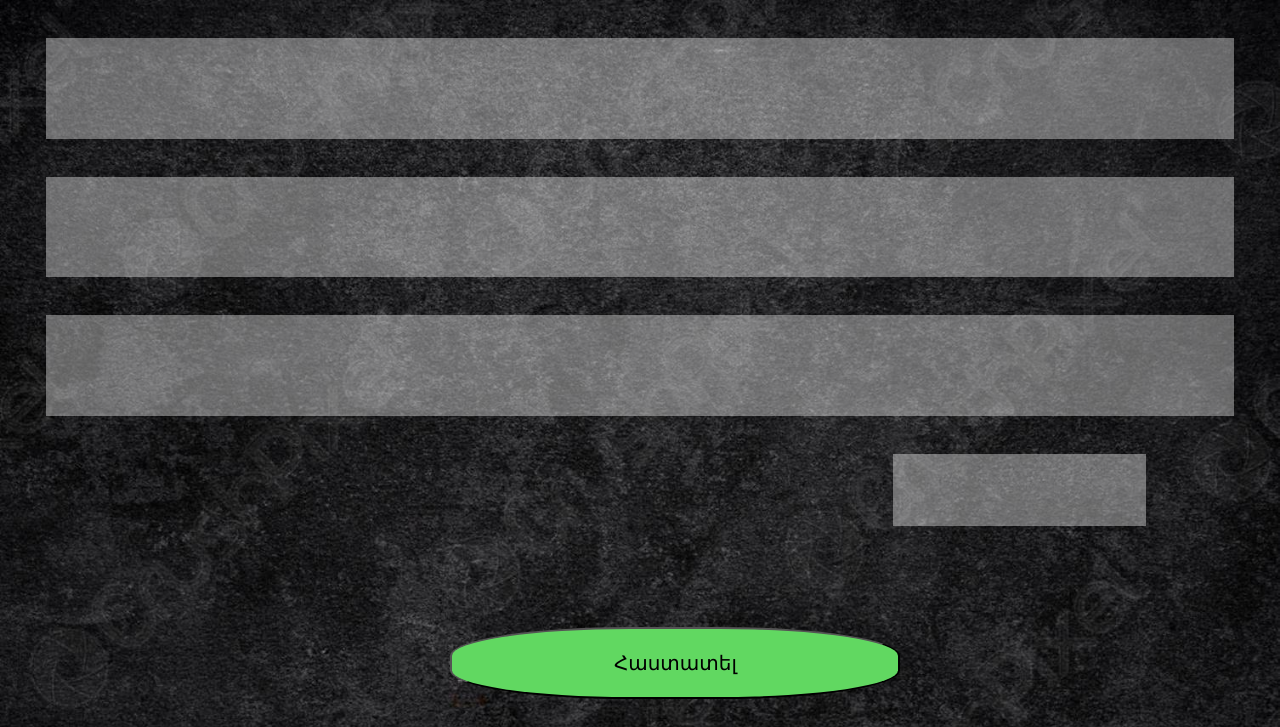
Repository: NarekTovmasyan/PizzaManue
Page: public/basket.html
These files come from the project's save history. The page is drawn as it stood at one moment and after the next save; the edit follows.
The browser window is 1280 px wide. The pictures show the whole page.

Above is the page before, as saved 2022-01-20 13:18:35.

### public/basket.html
<!DOCTYPE html>
<html lang="en">
<head>
    <meta charset="UTF-8">
    <meta http-equiv="X-UA-Compatible" content="IE=edge">
    <meta name="viewport" content="width=device-width, initial-scale=1.0">
    <link rel="stylesheet" href="basket.css">
    <title>BASKET</title>

</head>
<body>
    <div class= "main">
        <div class ="prop">
            <div></div>
            <div></div>
            <div></div>
            <div></div>
            <div></div>
            <div></div>
         </div>
        <div class ="prop">
            <div></div>
            <div></div>
            <div></div>
            <div></div>
            <div></div>
            <div></div>
        </div>
        <div class ="prop">
            <div></div>
            <div></div>
            <div></div>
            <div></div>
            <div></div>
            <div></div>
        </div>
        <div class ="sum"></div>
        <div class = "confirm"><button class = "button">Հաստատել</button></div>
    </div>
</body>
</html>

### public/basket.css
body {
    background-image: url(./images/background.jpg);
    background-repeat: no-repeat;
    background-size: cover;
  }
 .main{
      width: 100%;
      height: 80vh;
}
.prop{
  background-color: rgba(255, 255, 255, 0.377) ;
  color: grey;
  width: 94%;
  height: 14vh;
  margin-top: 3%;
  margin-left: 3%;
}
.sum{
    background-color: rgba(255, 255, 255, 0.377) ;
    width: 20%;
    height: 10vh;
    margin-top: 3%;
    margin-left: 70%;
}
.confirm{
    width: 30%;
    height: 100px;
    margin-top: 8%;
    margin-left:35%;


}
.button{
    padding: 22px 15px;
    background-color:rgb(97, 216, 97);
    border-radius: 40%;
    text-align:center;
    width: 450px;
    font-size: 20px;
}

After the next save:
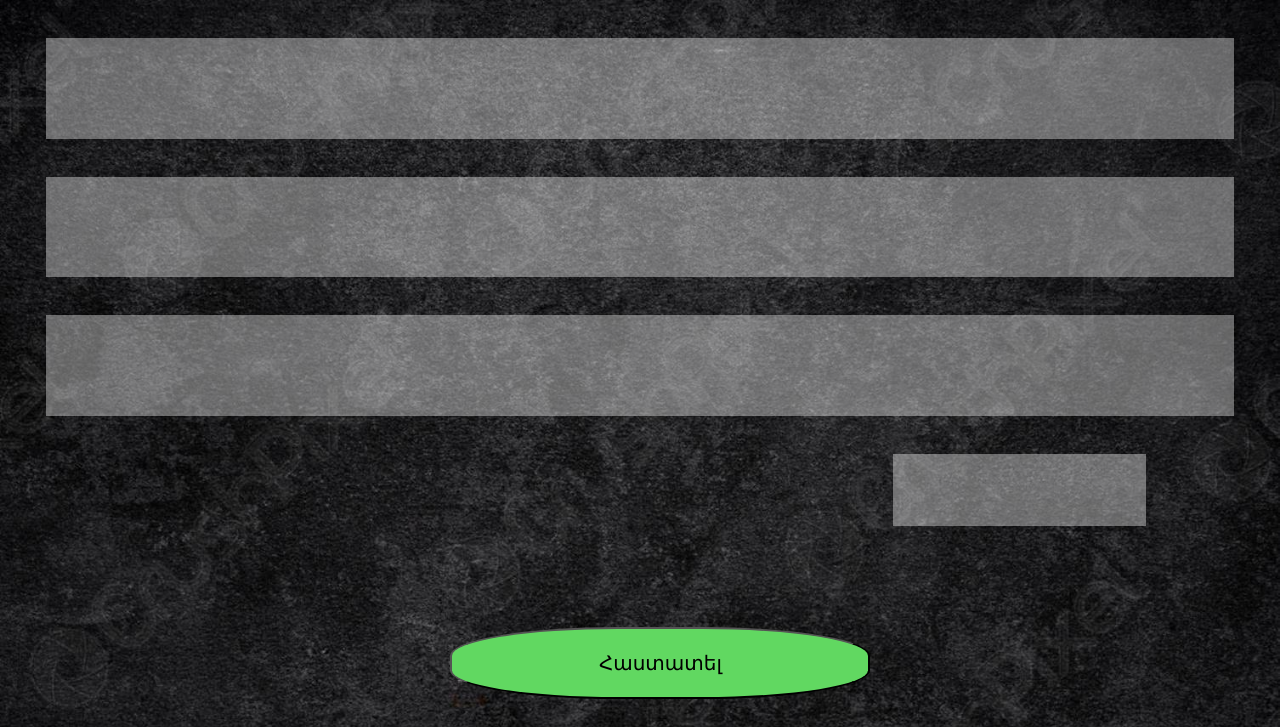
Saved 42 s later.
--- a/public/basket.css
+++ b/public/basket.css
@@ -35,6 +35,6 @@
     background-color:rgb(97, 216, 97);
     border-radius: 40%;
     text-align:center;
-    width: 450px;
+    width: 420px;
     font-size: 20px;
 }
